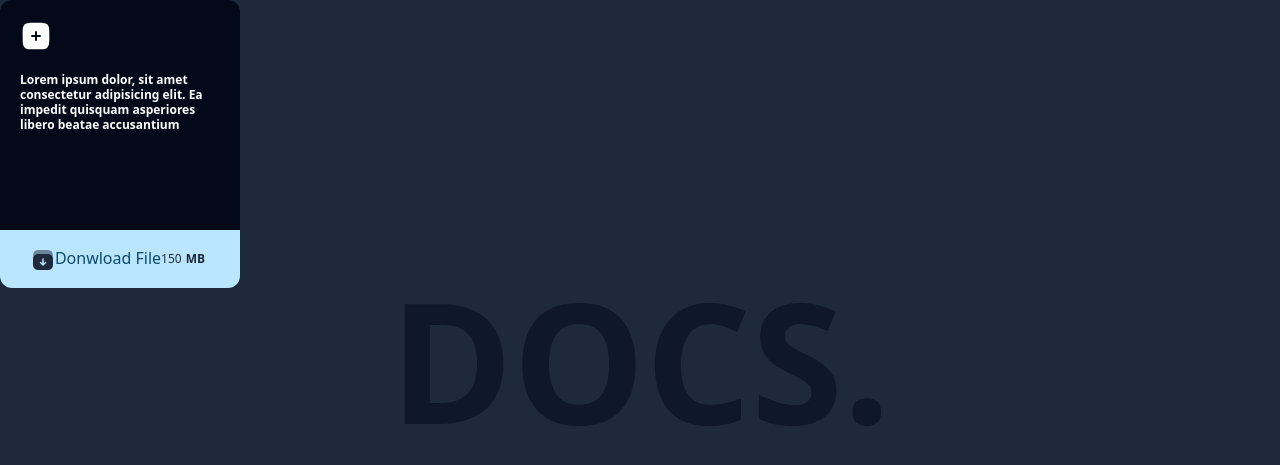
Repository: aliakbarmotallebi/framer-react
Page: /
An editor plug-in stored every save of this project. The page is shown before and after the next save, followed by the edit.
The browser window is 1280 px wide. The pictures show the whole page.
The project was rebuilt for these pictures with package versions that can differ from the ones it lists, and the page was loaded fresh each time.

Above is the page before, as saved 2024-08-14 22:32:49.

After the next save:
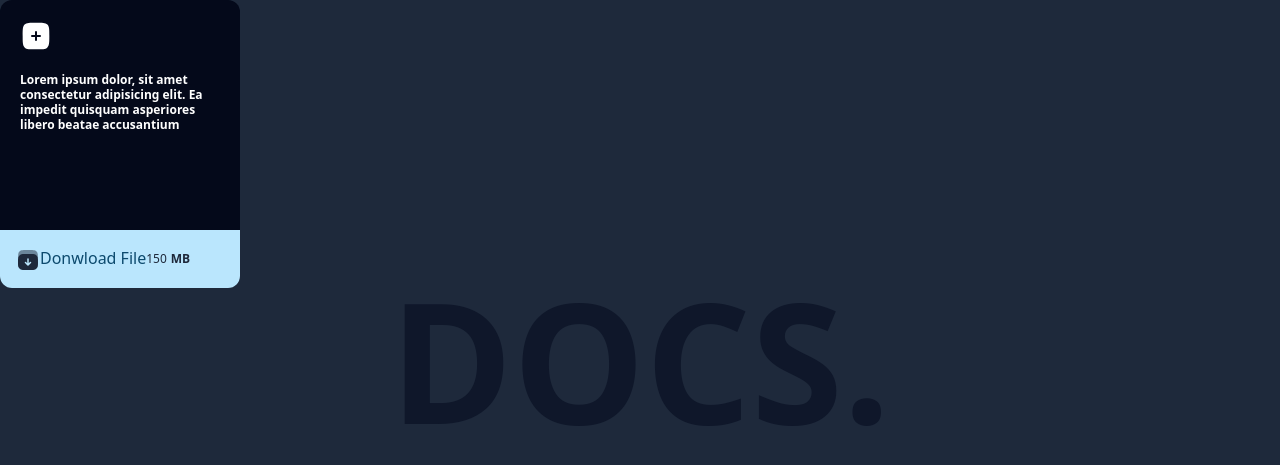
Saved 17 s later.
--- a/src/components/Card.jsx
+++ b/src/components/Card.jsx
@@ -9,7 +9,7 @@ class Card extends Component {
                     Lorem ipsum dolor, sit amet consectetur adipisicing elit. Ea impedit quisquam asperiores libero beatae accusantium
                 </p>
 
-                <div className="footer absolute bottom-0 bg-sky-200 w-full py-2 left-0 text-center">
+                <div className="footer absolute bottom-0 bg-sky-200 w-full py-2 left-0">
                     <button className="text-sky-900 p-2 font-medium">
                         <div className="flex justify-between items-center w-full px-2">
                            <div>
